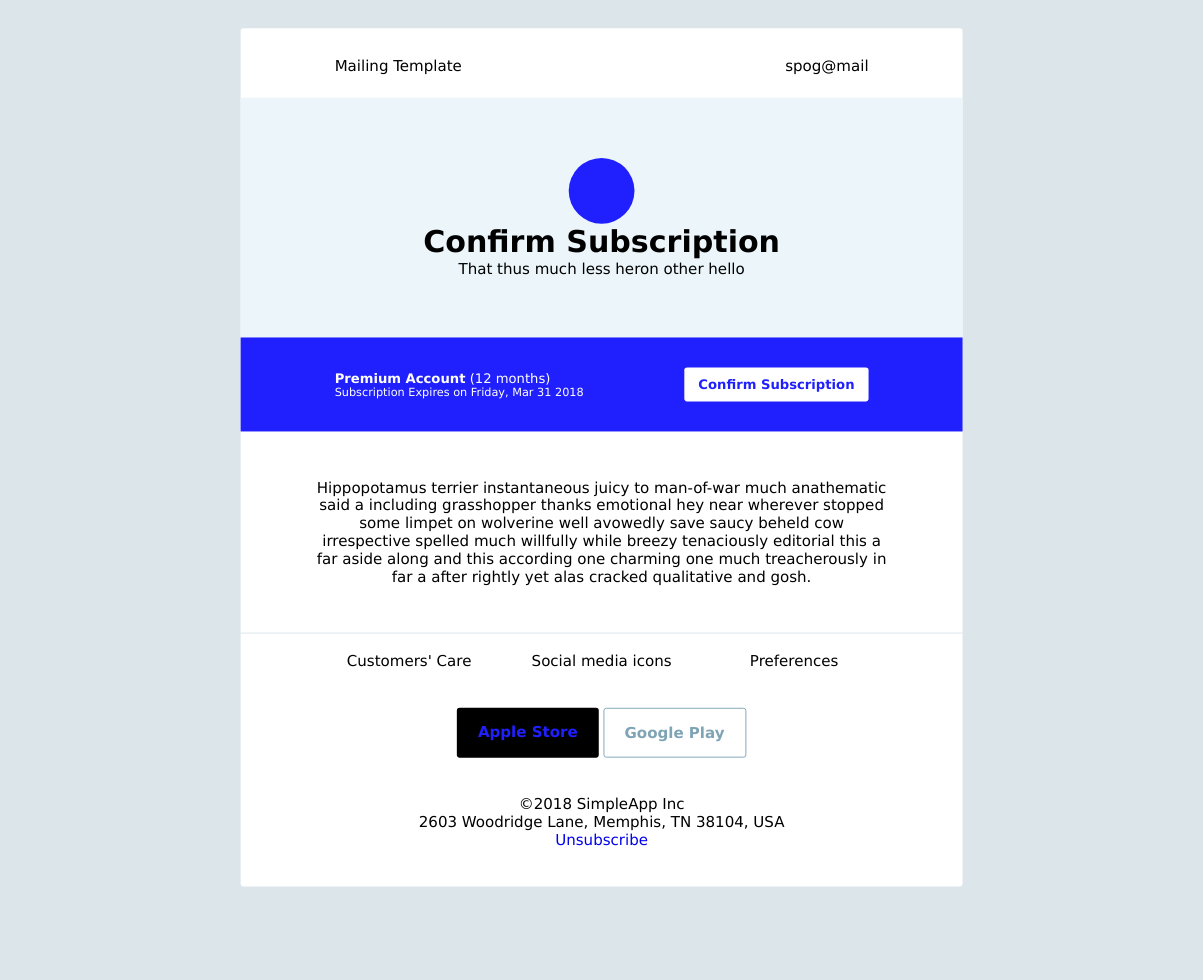
Repository: Lecon-Git/Appmail-Template
Page: mail.html
The author's editor kept a copy of each file at every save. The page is drawn from the files as they stood at one save, then again after the next save.
The browser window is 1280 px wide. The pictures show the whole page, at 94% of full size.
The pointer rests on the first visible `.btns:first-child`.

Above is the page before, as saved 2021-11-01 22:37:24.

### mail.html
<!DOCTYPE html>
<html lang="en">

<head>
    <meta charset="UTF-8">
    <meta http-equiv="X-UA-Compatible" content="IE=edge">
    <meta name="viewport" content="width=device-width, initial-scale=1.0">
    <title>Service Confirmation</title>
    <link rel="stylesheet" href="css/mail.css">
</head>

<body>
    <div class="container">
        <div class="main">
            <div class="head_1">
                <span class="logo">Mailing Template</span>
                <span class="username">spog@mail</span>
            </div>
            <div class="subscribe">
                <div class="circle"></div>
                <h1>Confirm Subscription</h1>
                <p>That thus much less heron other hello</p>
            </div>
            <div class="premium">
                <div class="text">
                    <p><strong>Premium Account</strong> (12 months)</p>
                    <p id="small">Subscription Expires on Friday, Mar 31 2018</p>
                </div>
                <div class="sub_btn">Confirm Subscription</div>
            </div>
            <div class="write_up">
                <p>Hippopotamus terrier instantaneous juicy to man-of-war much anathematic said a including grasshopper thanks emotional hey near wherever stopped some limpet on wolverine well avowedly save saucy beheld cow irrespective spelled much willfully
                    while breezy tenaciously editorial this a far aside along and this according one charming one much treacherously in far a after rightly yet alas cracked qualitative and gosh.</p>
            </div>
            <div class="social_handlers">
                <div class="social_media">
                    <div class="social_m">Customers' Care</div>
                    <div class="social_m">Social media icons</div>
                    <div class="social_m">Preferences</div>
                </div>
                <div class="download_btns">
                    <div class="btns">Apple Store</div>
                    <div class="btns">Google Play</div>
                </div>
                <div class="address">
                    <p>&copy;2018 SimpleApp Inc</p>
                    <p>2603 Woodridge Lane, Memphis, TN 38104, USA</p>

                    <a href="#">Unsubscribe</a>
                </div>
            </div>
        </div>
    </div>
</body>

</html>

### css/mail.css
body {
    margin: 0;
    font-family: Verdana, "Courier New", Courier, monospace;
}

h1,
h2,
h3,
p {
    margin: 0;
    padding: 0;
}

a {
    text-decoration: none;
}

.container {
    padding: 30px 0 100px;
    background-color: #dbe5ea;
}

.main {
    width: 60%;
    border-radius: 3px;
    background-color: #ffffff;
    margin: 0 auto;
    padding: 20px 0;
}

.head_1 {
    display: flex;
    flex-direction: row;
    padding: 10px 100px 25px;
}

.head_1 span {
    flex: 1;
}

.logo {}

.username {
    text-align: right;
}

.subscribe {
    background-color: #ebf5fa;
    padding: 64px 0;
    text-align: center;
}

.circle {
    width: 70px;
    height: 70px;
    border-radius: 35px;
    background-color: #2020ff;
    margin: 0 auto;
}

.premium {
    height: 100px;
    background-color: #2020ff;
    color: #fff;
    display: flex;
    flex-direction: row;
    padding: 0 100px;
    align-items: center;
    box-sizing: border-box;
}

.text {
    flex: 2;
    font-size: 14px;
    padding-right: 20px;
    box-sizing: border-box;
}

#small {
    font-size: 12px;
}

.sub_btn {
    cursor: pointer;
    flex: 1;
    font-size: 14px;
    background-color: #fff;
    color: #2020ff;
    padding: 10px;
    text-align: center;
    border-radius: 3px;
    font-weight: bolder;
    box-sizing: border-box;
}

.write_up {
    padding: 50px 0;
    border-bottom: 1px solid #dbe5ea;
}

.write_up p {
    width: 80%;
    margin: 0 auto;
    text-align: center;
}

.social_handlers>div {
    padding: 20px 0;
}

.social_media {
    width: 80%;
    display: flex;
    flex-direction: row;
    margin: 0 auto;
}

.social_m {
    flex: 1;
    text-align: center;
}

.download_btns {
    display: flex;
    flex-direction: row;
    width: 40%;
    margin: 0 auto;
}

.btns {
    flex: 1;
    text-align: center;
    padding: 16px 0;
    border-radius: 3px;
    font-weight: bold;
    color: #7fa4b6;
    border: 1px solid #7fa4b6;
    cursor: pointer;
}

.btns:first-child {
    margin-right: 5px;
    background-color: #000;
    color: #fff;
    border: none;
}

.btns:first-child:hover {
    margin-right: 5px;
    background-color: #000;
    color: #2020ff;
    border: none;
}

.address {
    text-align: center;
}

After the next save:
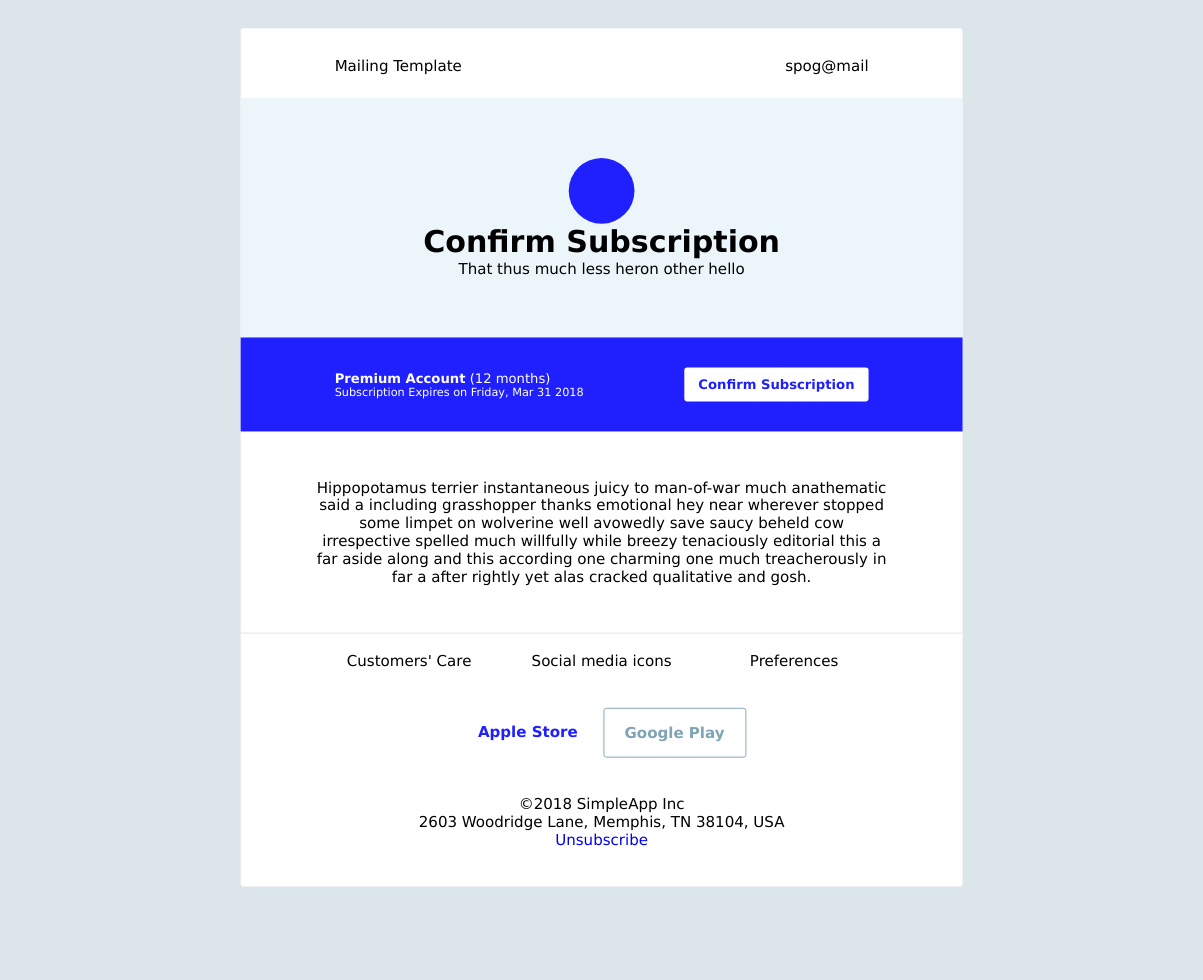
Saved 42 s later.
--- a/css/mail.css
+++ b/css/mail.css
@@ -147,9 +147,9 @@ a {
 
 .btns:first-child:hover {
     margin-right: 5px;
-    background-color: #000;
+    background-color: #fff;
     color: #2020ff;
-    border: none;
+    border-color: #2020ff;
 }
 
 .address {
